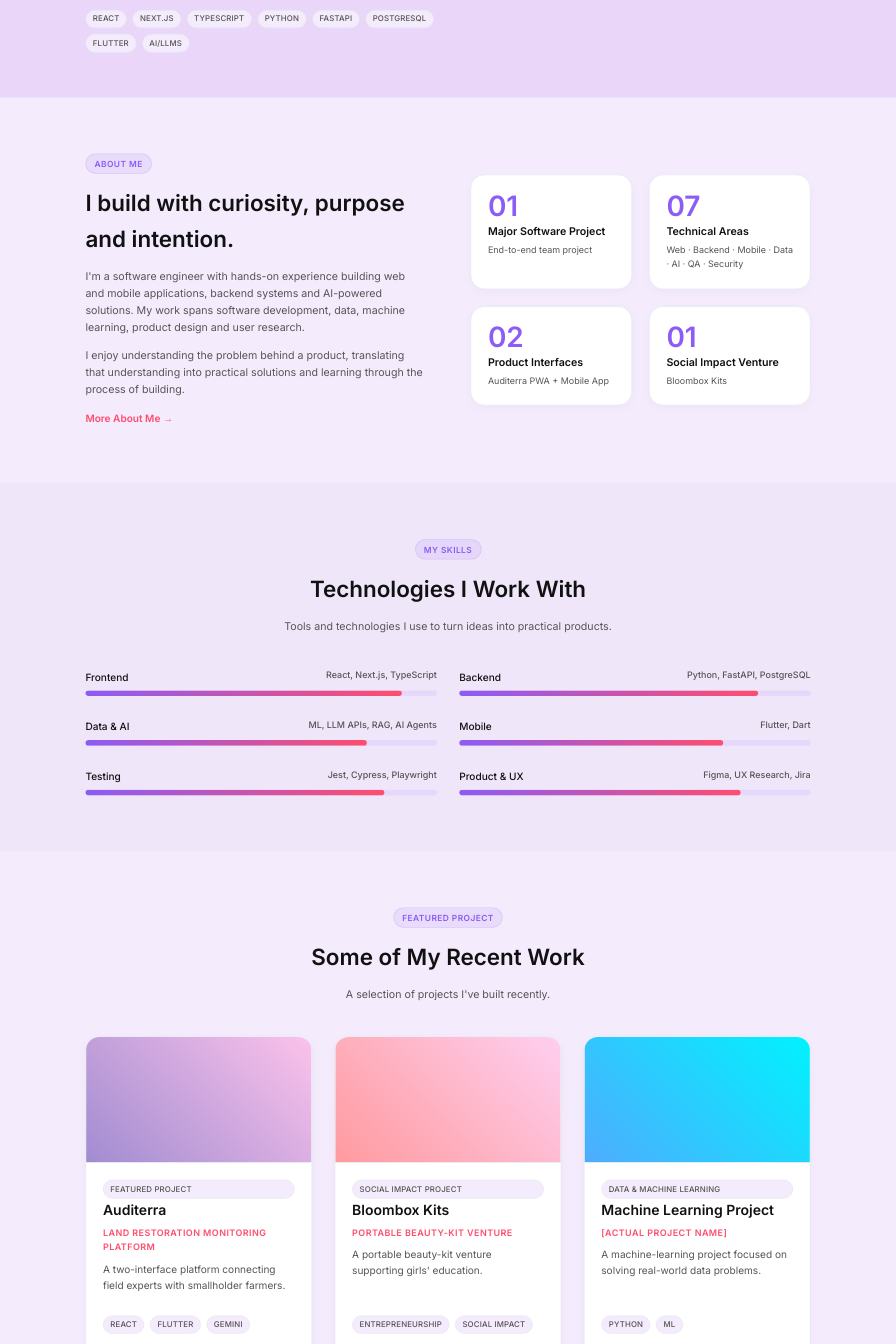
Repository: najmahares/portfolio
Page: index.html
An editor plug-in stored every save of this project. The page is shown before and after the next save, followed by the edit.
The browser window is 1280 px wide. The pictures show the part of the page from y = 645 to 2565 px (the page is 3272 px tall before and 3345 px after), at 70% of full size.

Above is the page before, as saved 2026-09-19 06:09:01.

After the next save:
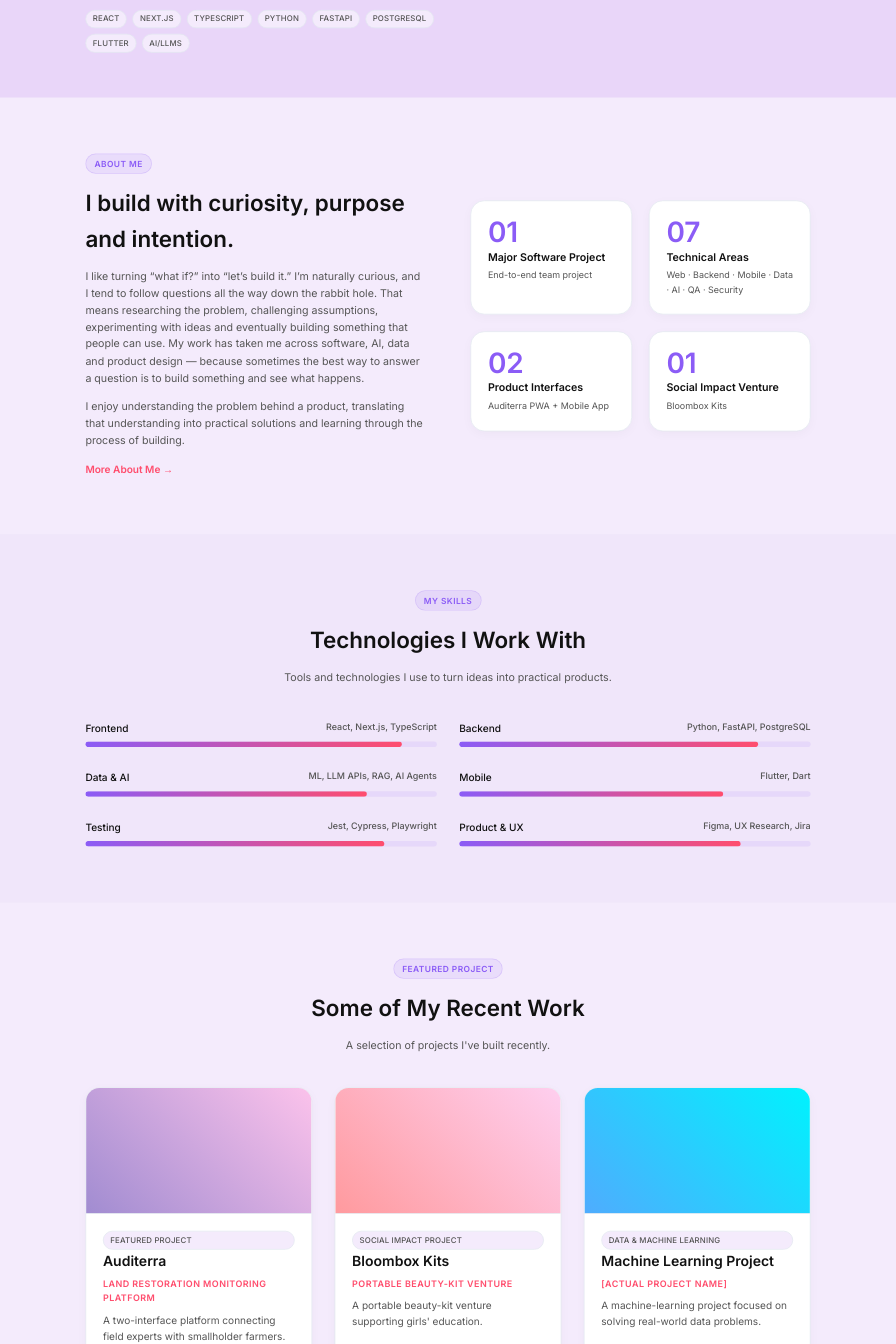
Saved 7 min 59 s later.
--- a/index.html
+++ b/index.html
@@ -96,10 +96,13 @@
           <span class="badge">ABOUT ME</span>
           <h2>I build with curiosity, purpose and intention.</h2>
           <p>
-            I'm a software engineer with hands-on experience building web and
-            mobile applications, backend systems and AI-powered solutions. My
-            work spans software development, data, machine learning, product
-            design and user research.
+            I like turning “what if?” into “let’s build it.” I’m naturally
+            curious, and I tend to follow questions all the way down the rabbit
+            hole. That means researching the problem, challenging assumptions,
+            experimenting with ideas and eventually building something that
+            people can use. My work has taken me across software, AI, data and
+            product design — because sometimes the best way to answer a question
+            is to build something and see what happens.
           </p>
           <p>
             I enjoy understanding the problem behind a product, translating that

After the save that followed:
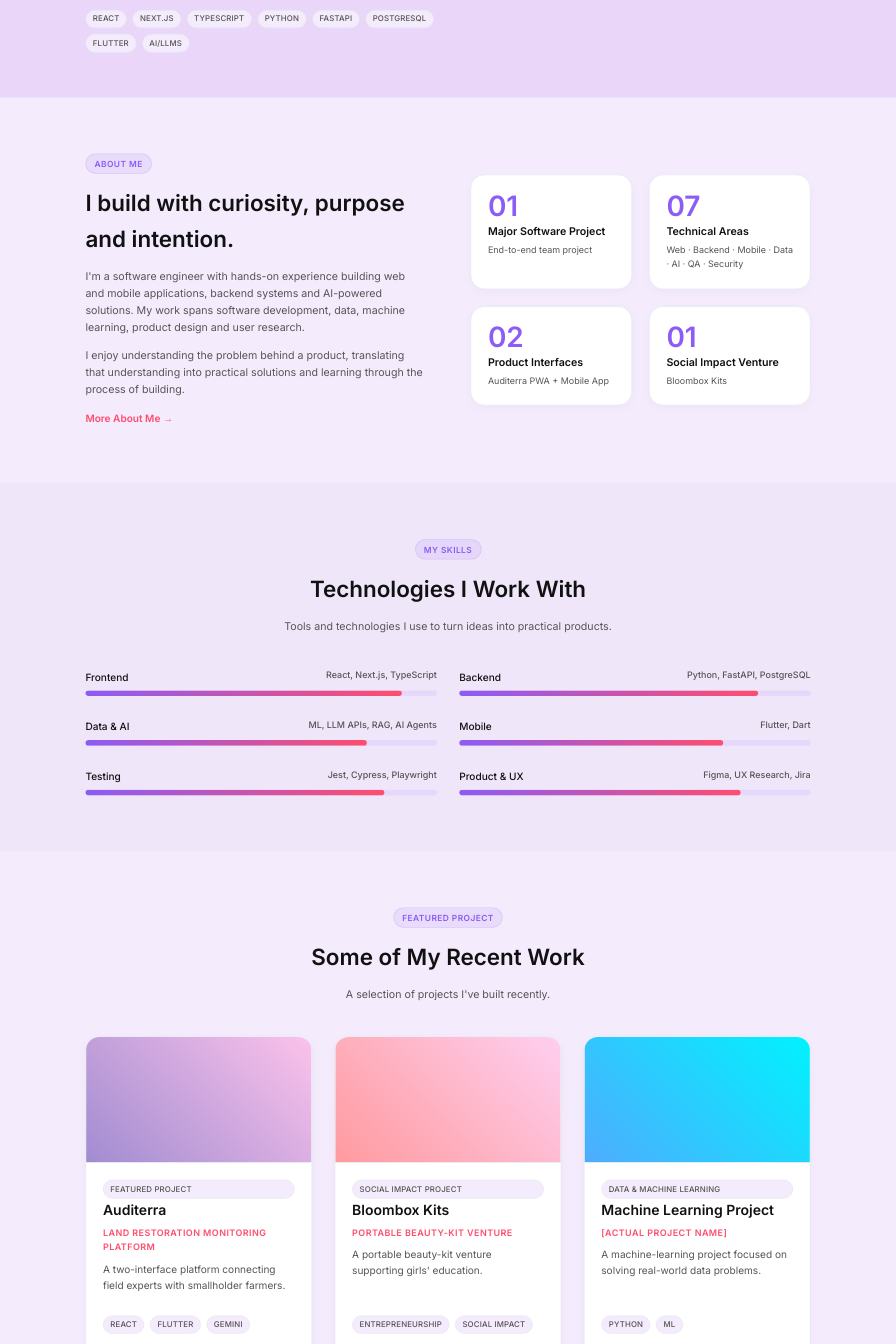
Saved 9 s later.
--- a/index.html
+++ b/index.html
@@ -96,13 +96,10 @@
           <span class="badge">ABOUT ME</span>
           <h2>I build with curiosity, purpose and intention.</h2>
           <p>
-            I like turning “what if?” into “let’s build it.” I’m naturally
-            curious, and I tend to follow questions all the way down the rabbit
-            hole. That means researching the problem, challenging assumptions,
-            experimenting with ideas and eventually building something that
-            people can use. My work has taken me across software, AI, data and
-            product design — because sometimes the best way to answer a question
-            is to build something and see what happens.
+            I'm a software engineer with hands-on experience building web and
+            mobile applications, backend systems and AI-powered solutions. My
+            work spans software development, data, machine learning, product
+            design and user research.
           </p>
           <p>
             I enjoy understanding the problem behind a product, translating that
